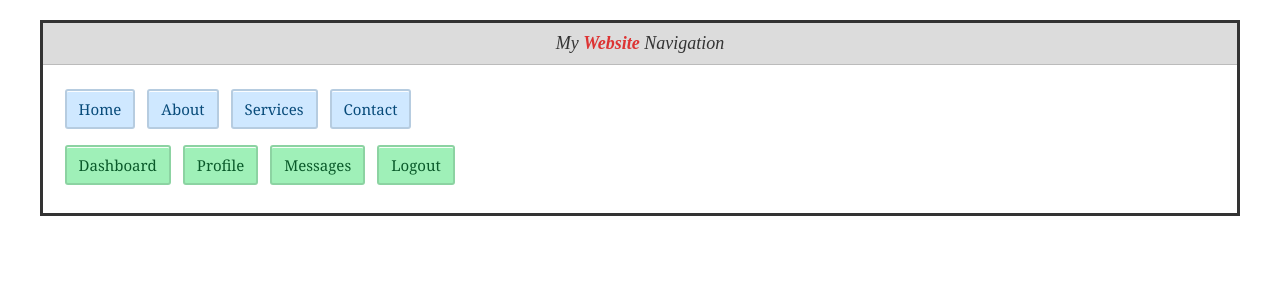
Repository: Glory998/ELCE1-32
Page: experiment7.html
The author's editor kept a copy of each file at every save. The page is drawn from the files as they stood at one save, then again after the next save.
The browser window is 1280 px wide. The pictures show the whole page.

Above is the page before, as saved 2025-11-23 22:11:03.

After the next save:
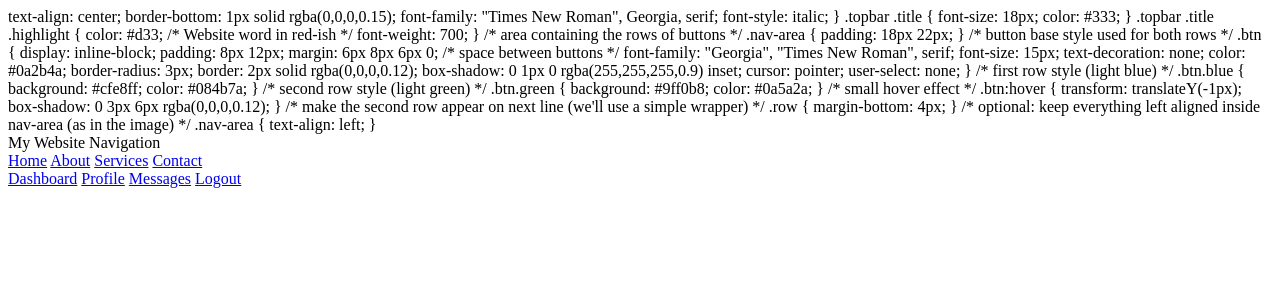
Saved 29 s later.
--- a/experiment7.html
+++ b/experiment7.html
@@ -1,25 +1,5 @@
 
- <!doctype html>
-<html lang="hi">
-<head>
-<meta charset="utf-8" />
-<meta name="viewport" content="width=device-width,initial-scale=1" />
-<title>Navigation Example</title>
-<style>
-  /* container with border and some internal padding */
-  .frame {
-    border: 3px solid #333;
-    margin: 20px auto;
-    width: 95%;
-    min-height: 140px;
-    box-sizing: border-box;
-    background: #fff;
-  }
 
-  /* top grey bar with centered title */
-  .topbar {
-    background: #dcdcdc; /* light grey */
-    padding: 10px 0;
     text-align: center;
     border-bottom: 1px solid rgba(0,0,0,0.15);
     font-family: "Times New Roman", Georgia, serif;
